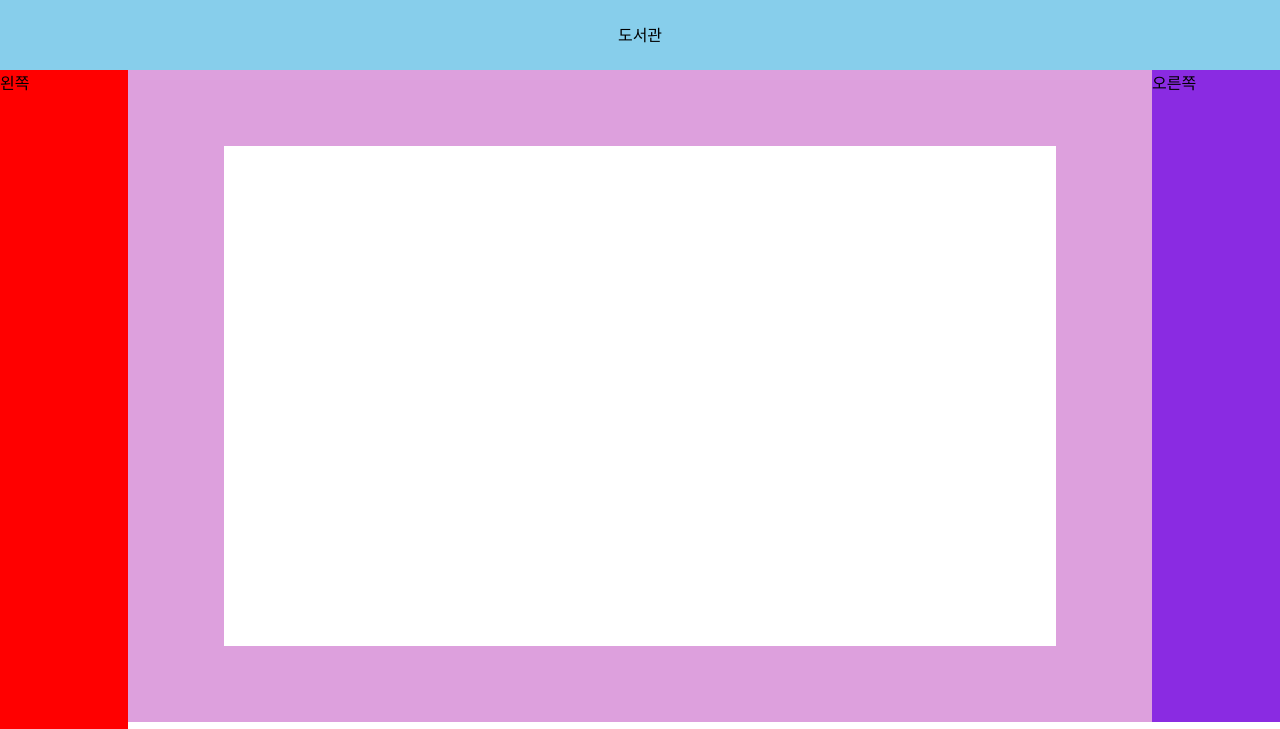
Repository: sojihwan/API_-Multi
Page: / (app in API/)
These files come from the project's save history. The page is drawn as it stood at one moment and after the next save; the edit follows.
The browser window is 1280 px wide. The pictures show the whole page.
The project was rebuilt for these pictures with package versions that can differ from the ones it lists, and the page was loaded fresh each time. Also part of the build but not shown: API/src/App.css.

Above is the page before, as saved 2022-05-24 15:30:31.

After the next save:
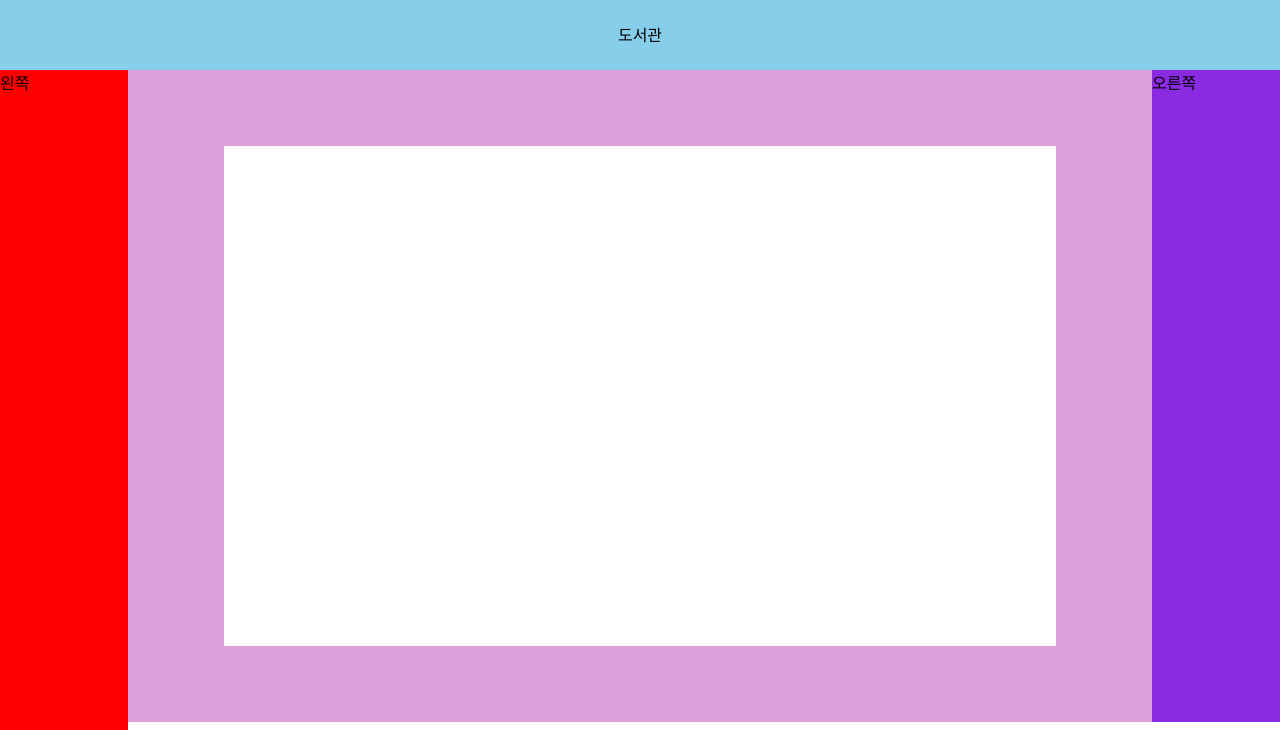
Saved 2 s later.
--- a/API/src/Layout/layout.css
+++ b/API/src/Layout/layout.css
@@ -18,7 +18,7 @@ main aside:first-child {
   position: absolute;
   left: 0;
   width: 10%;
-  height: 91.5%;
+  height: 91.7%;
   background: red;
 }
 
